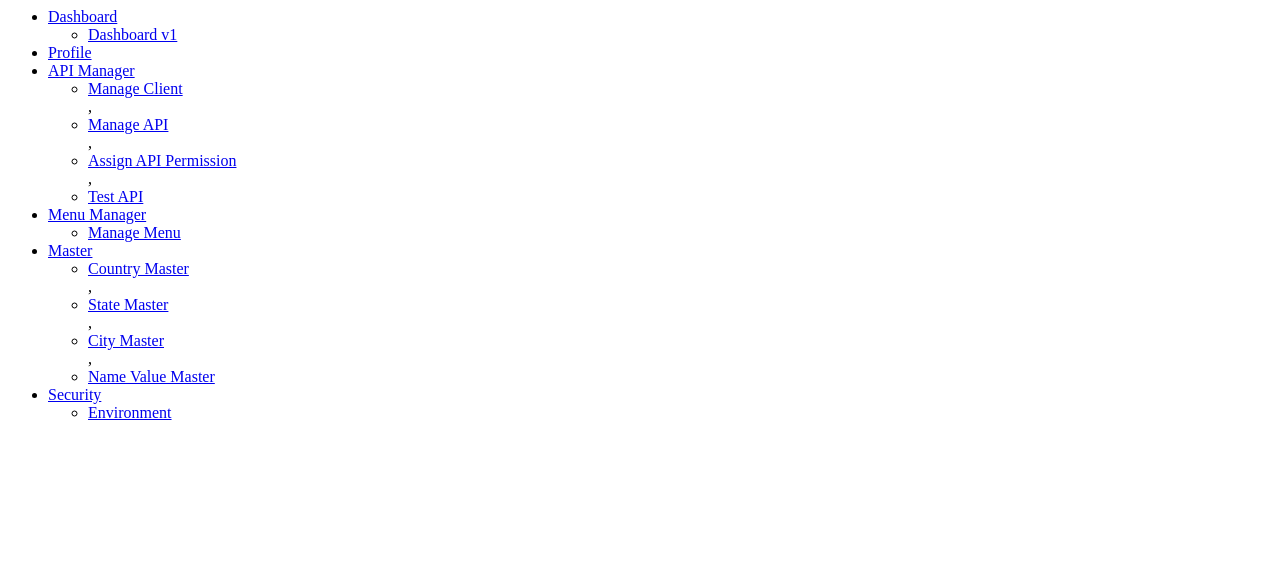
Repository: sanjeev167/PersonnelProjects
Page: http://localhost/PracticeOnNet/WEB-INF/jsp/admin/pvt/api_mgr/api_permission.jsp
These files come from the project's save history. The page is drawn as it stood at one moment and after the next save; the edit follows.
The browser window is 1280 px wide. The pictures show the whole page.
The page is served by Tomcat 9. Nobody is signed in. Other server files are loaded and not shown. The template is opened directly, without the code that normally fills it, so the values that code supplies are empty.

Above is the page before, as saved 2019-07-26 06:34:42.

### PracticeOnNet_WS/PracticeOnNet/src/main/webapp/WEB-INF/jsp/admin/pvt/api_mgr/api_permission.jsp

<!-- jQuery 3 -->
<script src="https://code.jquery.com/jquery-3.3.1.js"></script>
<script type="text/javascript">

$(document).ready(function() {
	var data = [
		        //Dashboard
		        {"id": "1", "name": "Dashboard", "parent_id": "0","leafUrl":"#","nodeType":"N" ,"nodeImgUrl":"fa fa-dashboard"},
		        {"id": "2", "name": "Dashboard v1", "parent_id": "1","leafUrl":"#","nodeType":"L" ,"nodeImgUrl":"fa fa-circle-o"},

		        {"id": "3", "name": "Profile", "parent_id": "0","leafUrl":"#","nodeType":"L" ,"nodeImgUrl":"fa fa-th"},

		        //API Manager
		        {"id": "4", "name": "API Manager", "parent_id": "0","leafUrl":"#","nodeType":"N" ,"nodeImgUrl":"fa fa-files-o"},
		        {"id": "5", "name": "Manage Client", "parent_id": "4","leafUrl":"#","nodeType":"L" ,"nodeImgUrl":"fa fa-circle-o"},
		        {"id": "6", "name": "Manage API", "parent_id": "4","leafUrl":"#","nodeType":"L" ,"nodeImgUrl":"fa fa-circle-o"},
		        {"id": "7", "name": "Assign API Permission", "parent_id": "4","leafUrl":"#","nodeType":"L" ,"nodeImgUrl":"fa fa-circle-o"},
		        {"id": "8", "name": "Test API", "parent_id": "4","leafUrl":"#","nodeType":"L" ,"nodeImgUrl":"fa fa-circle-o"},

		        //Menu Manager
		        {"id": "9", "name": "Menu Manager", "parent_id": "0","leafUrl":"#","nodeType":"N" ,"nodeImgUrl":"fa fa-files-o"},
		        {"id": "10", "name": "Manage Menu", "parent_id": "9","leafUrl":"#","nodeType":"L" ,"nodeImgUrl":"fa fa-circle-o"},

		        //Masters
		        {"id": "11", "name": "Master", "parent_id": "0","leafUrl":"#","nodeType":"N" ,"nodeImgUrl":"fa fa-files-o"},
		        {"id": "12", "name": "Country Master", "parent_id": "11","leafUrl":"#","nodeType":"L" ,"nodeImgUrl":"fa fa-circle-o"},
		        {"id": "13", "name": "State Master", "parent_id": "11","leafUrl":"#","nodeType":"L" ,"nodeImgUrl":"fa fa-circle-o"},
		        {"id": "14", "name": "City Master", "parent_id": "11","leafUrl":"#","nodeType":"L" ,"nodeImgUrl":"fa fa-circle-o"},
		        {"id": "15", "name": "Name Value Master", "parent_id": "11","leafUrl":"#","nodeType":"L" ,"nodeImgUrl":"fa fa-circle-o"},

		        //Security
		        {"id": "16", "name": "Security", "parent_id": "0","leafUrl":"#","nodeType":"N" ,"nodeImgUrl":"fa fa-share"},
		        {"id": "17", "name": "Environment", "parent_id": "16","leafUrl":"#","nodeType":"L" ,"nodeImgUrl":"fa fa-circle-o"},

	            ];



	var endMenu =getMenu("0");

	function getMenu( parentID ){

	           return data.filter(function(node){ return ( node.parent_id === parentID ) ; }).map(function(node){
	               var exists = data.some(function(childNode){  return childNode.parent_id === node.id; });
	               var subMenu = (exists) ? '<ul class="treeview-menu">'+ getMenu(node.id) + '</ul>' : "";
	               var menu;
	               if(exists)
	            	   menu= '<li class="treeview">'
		                          +'<a href="'+node.leafUrl+'"> <i class="'+node.nodeImgUrl+'"></i>'
		                          + '<span>' +node.name  +'</span>'
		                          + '<span class="pull-right-container">'
		                          +'<i class="fa fa-angle-left pull-right"></i>'
		                          +'</span>'
		                          +'</a>'
		                          +  subMenu
		                          + '</li>'  ;
		          else
		        	  menu= '<li>'
                      +'<a href="'+node.leafUrl+'"> <i class="'+node.nodeImgUrl+'"></i>'
                      + '<span>' +node.name  +'</span>'
                      +'</a>'
                   + '</li>' ;

                   return menu;

	           });
	       }

	$('#menu').html('<ul class="sidebar-menu" data-widget="tree">'+endMenu.join('')+ '</ul>');


});// End of document ready




</script>
<div id="menu"></div>

After the next save:
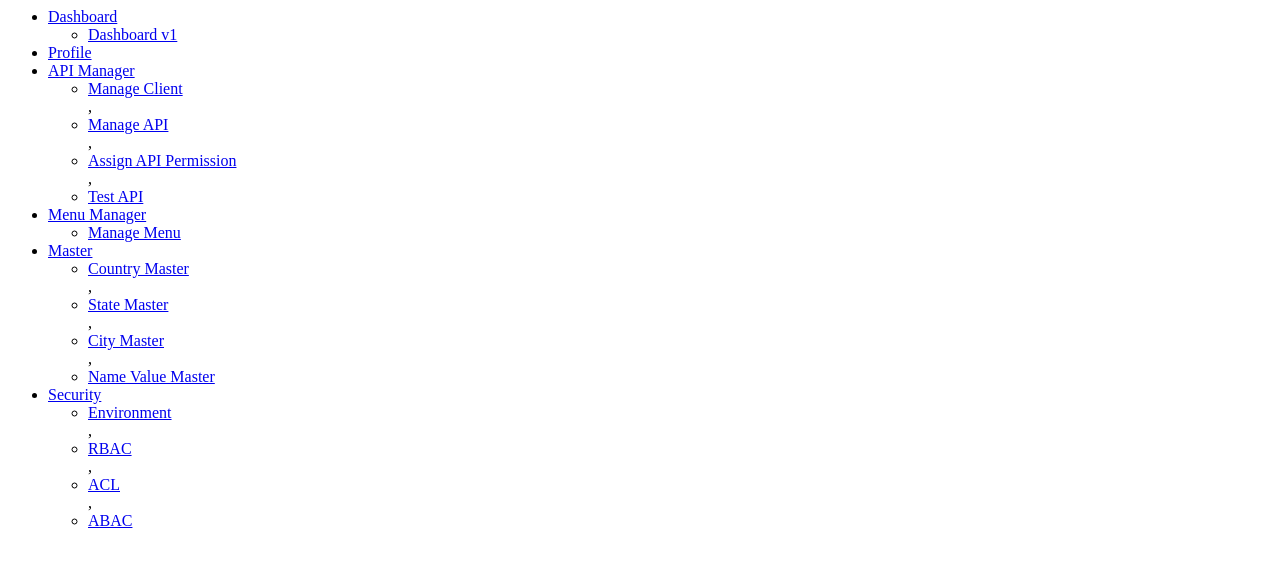
Saved 117 s later.
--- a/PracticeOnNet_WS/PracticeOnNet/src/main/webapp/WEB-INF/jsp/admin/pvt/api_mgr/api_permission.jsp
+++ b/PracticeOnNet_WS/PracticeOnNet/src/main/webapp/WEB-INF/jsp/admin/pvt/api_mgr/api_permission.jsp
@@ -31,7 +31,10 @@ $(document).ready(function() {
 
 		        //Security
 		        {"id": "16", "name": "Security", "parent_id": "0","leafUrl":"#","nodeType":"N" ,"nodeImgUrl":"fa fa-share"},
-		        {"id": "17", "name": "Environment", "parent_id": "16","leafUrl":"#","nodeType":"L" ,"nodeImgUrl":"fa fa-circle-o"},
+		        {"id": "18", "name": "Environment", "parent_id": "16","leafUrl":"#","nodeType":"L" ,"nodeImgUrl":"fa fa-circle-o"},
+		        {"id": "19", "name": "RBAC", "parent_id": "16","leafUrl":"#","nodeType":"L" ,"nodeImgUrl":"fa fa-circle-o"},
+		        {"id": "20", "name": "ACL", "parent_id": "16","leafUrl":"#","nodeType":"L" ,"nodeImgUrl":"fa fa-circle-o"},
+		        {"id": "21", "name": "ABAC", "parent_id": "16","leafUrl":"#","nodeType":"L" ,"nodeImgUrl":"fa fa-circle-o"},
 
 	            ];
 
